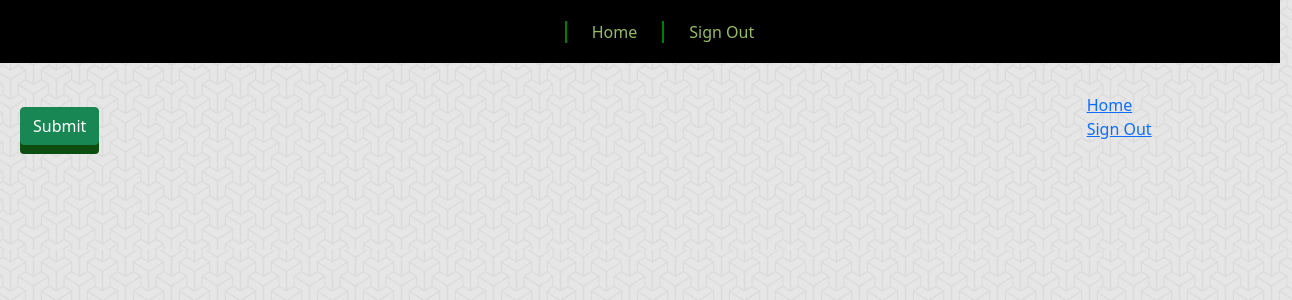
Repository: kavine24/CS490-Python-LMS
Page: html/portal/s/TakeQuiz.html
The author's editor kept a copy of each file at every save. The page is drawn from the files as they stood at one save, then again after the next save.
The browser window is 1280 px wide. The page is 1292 px wide, so the pictures cover 1292 px, including what lies to the right of the window. The pictures show the whole page.
The page's requests for data from a server got no answer.

Above is the page before, as saved 2022-04-20 18:36:48.

After the next save:
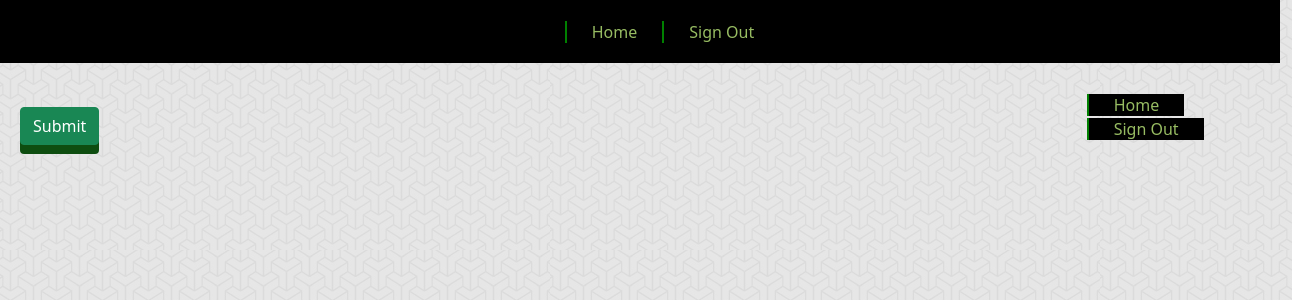
Saved 94 s later.
--- a/html/style.css
+++ b/html/style.css
@@ -135,6 +135,20 @@ body {
   margin: 30px 0px 0px !important;
 }
 
+.legend li a {
+  background-color: black;
+  text-decoration: none;
+  border-left: 2px solid green;
+  color: #97BC62FF;
+  padding: 0px 25px;
+}
+
+.legend li a:hover {
+  background-color: black;
+  color: #00ff08;
+  text-decoration: underline;
+}
+
 /* body {
   background-image: url(portal/pictures/background.jpg);
   text-align: center;
